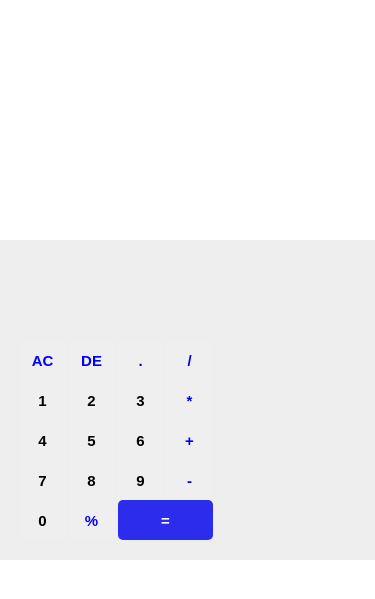
Repository: jerrys-arch/web-calculator
Page: index.html
An editor plug-in stored every save of this project. The page is shown before and after the next save, followed by the edit.
The browser window is 375 px wide. The pictures show the whole page.

Above is the page before, as saved 2024-11-30 15:37:04.

After the next save:
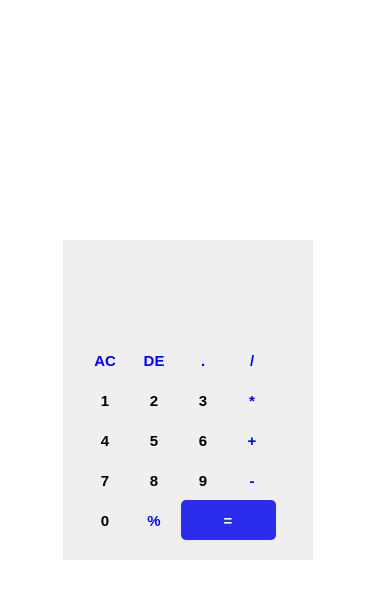
Saved 22 s later.
--- a/styles.css
+++ b/styles.css
@@ -48,7 +48,7 @@
 @media(max-width:480px){
 
     .calculator{
-        width:100%;
+        width:;
     }
     .calculator form #equal{
         width
